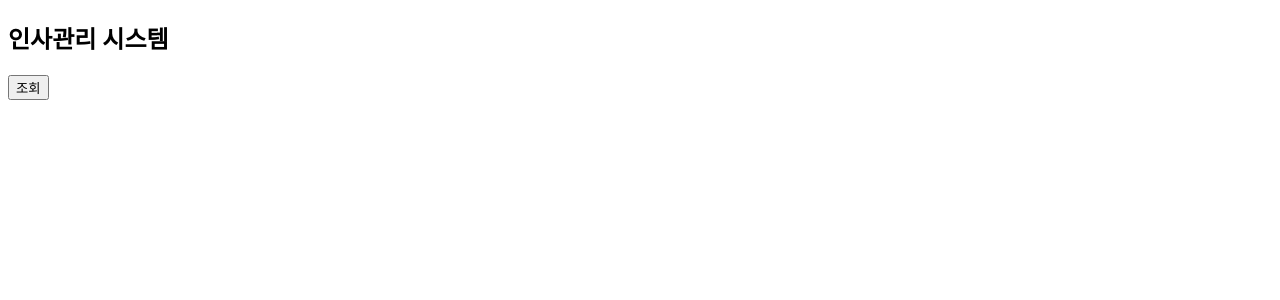
Repository: guguping/finalTestStudy
Page: http://localhost/test1/index.jsp
These files come from the project's save history. The page is drawn as it stood at one moment and after the next save; the edit follows.
The browser window is 1280 px wide. The pictures show the whole page.
The page is served by Tomcat 9.

Above is the page before, as saved 2023-07-27 23:47:31.

After the next save:
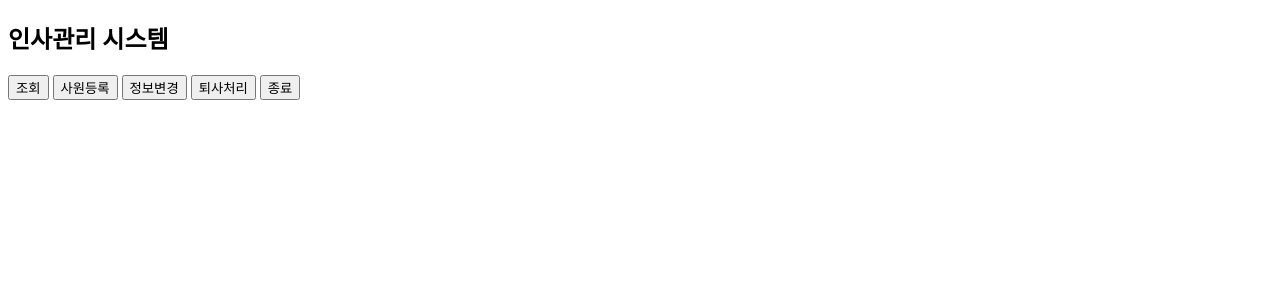
Console error (its wording comes from the project's code and is left out).
Saved 52 s later.
--- a/test1/src/main/webapp/index.jsp
+++ b/test1/src/main/webapp/index.jsp
@@ -9,5 +9,9 @@
 <body>
 	<h2>인사관리 시스템</h2>
 	<button onclick="find()">조회</button>
+	<button onclick="save()">사원등록</button>
+	<button onclick="update()">정보변경</button>
+	<button onclick="delete()">퇴사처리</button>
+	<button onclick="window.close()">종료</button>
 </body>
 </html>
